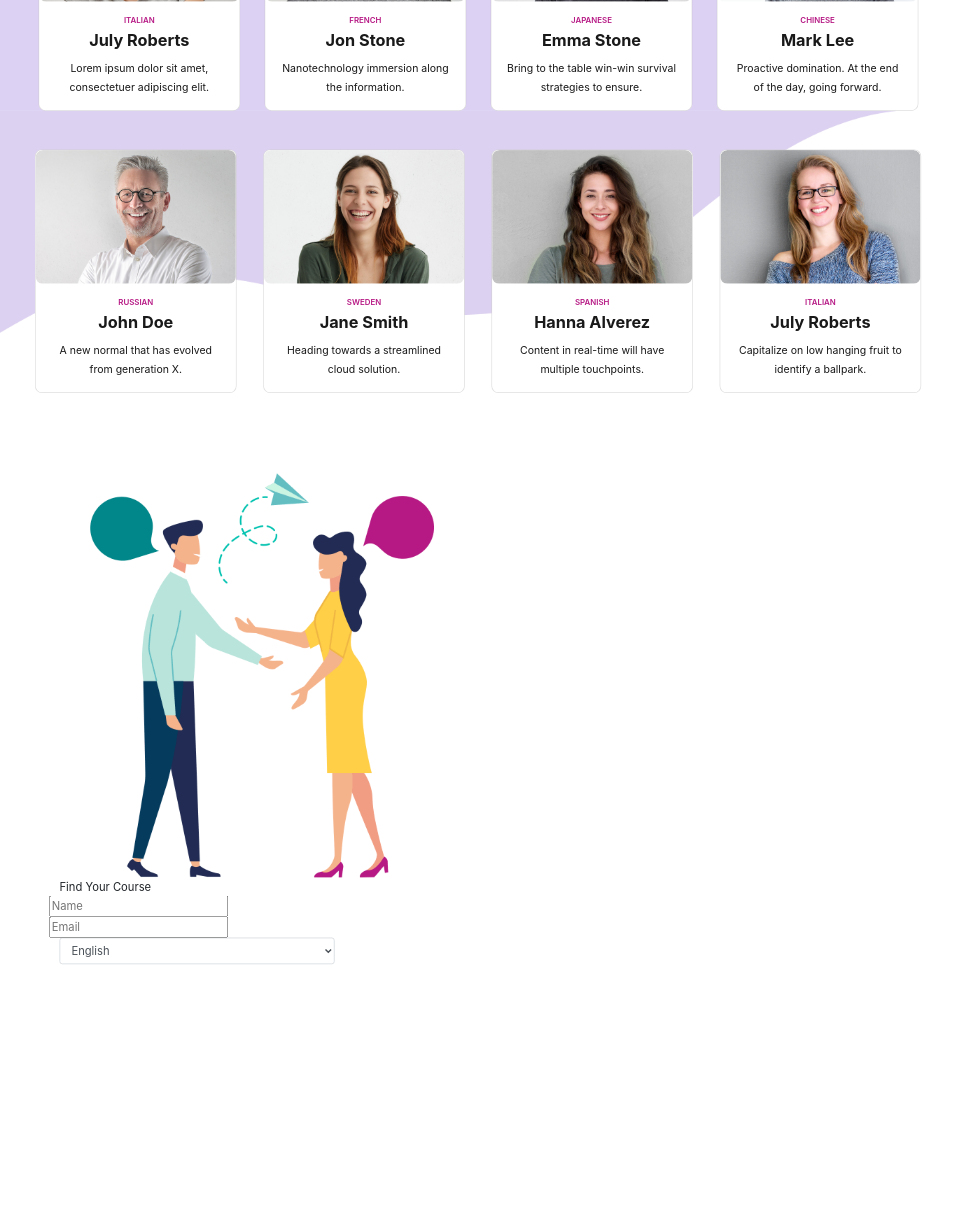
Repository: Khanh1234-glitch/TruongNguyenBaoKhanh_BC22_assignment__tabula
Page: Tabula/index.html
The author's editor kept a copy of each file at every save. The page is drawn from the files as they stood at one save, then again after the next save.
The browser window is 1280 px wide. The page is 1366 px wide, so the pictures cover 1366 px, including what lies to the right of the window. The pictures show the part of the page from y = 1098 to 2858 px (the page is 2858 px tall), at 70% of full size.
The style sheet was rebuilt from its Sass, Less or Tailwind sources for each picture, by a compiler version that may differ from the author's.

Above is the page before, as saved 2022-04-18 09:42:18.

After the next save:
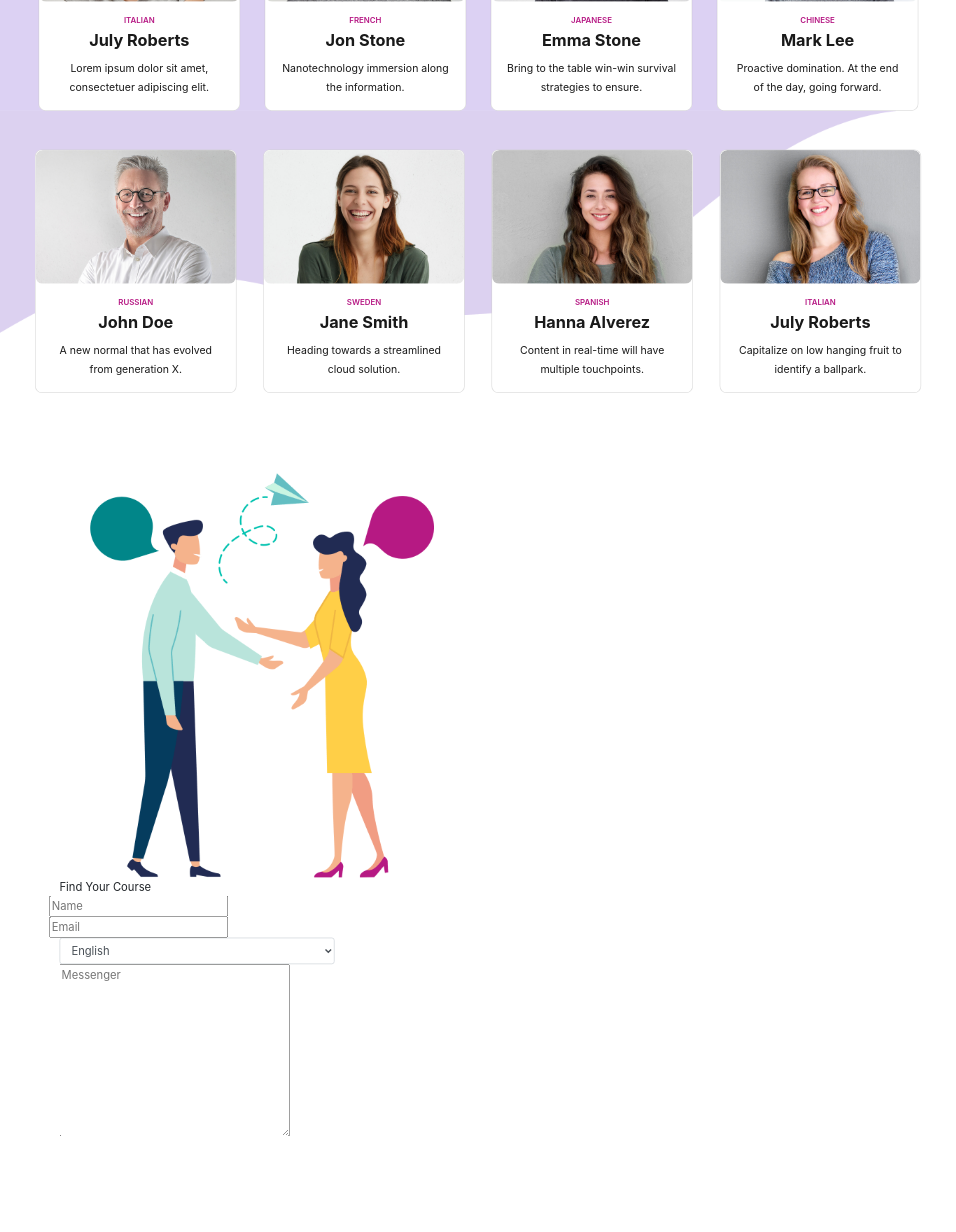
Saved 37 s later.
--- a/Tabula/index.html
+++ b/Tabula/index.html
@@ -179,7 +179,9 @@
                         <option>German</option>
                     </select>
                 </div>
-                <div class="text-form"></div>
+                <div class="text-form">
+                    <textarea name="" id="" cols="30" rows="10" placeholder="Messenger"></textarea>
+                </div>
             </div>
         </div>
     </section>
